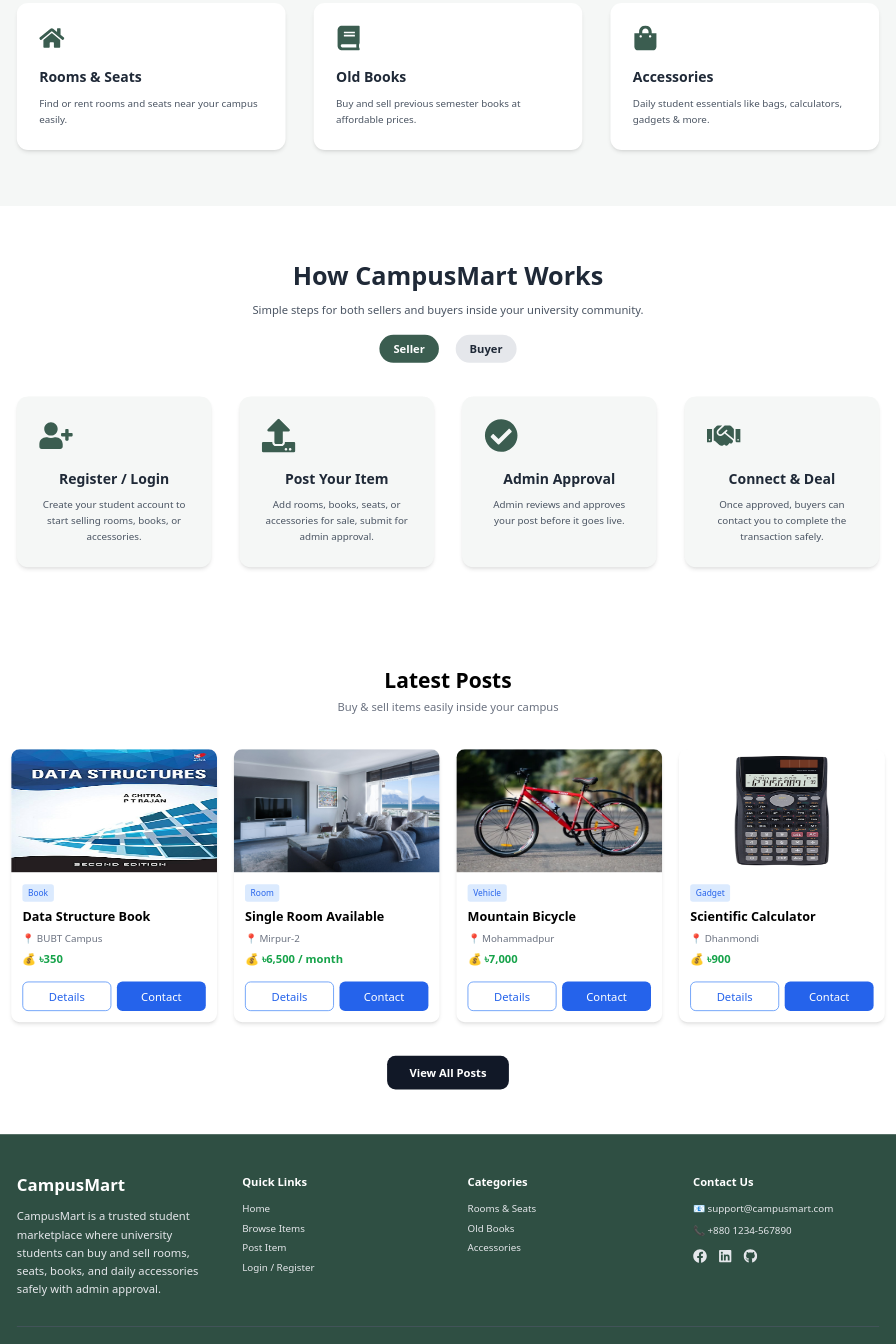
Repository: jahidhasanri/CAMPUSMART
Page: /
The author's editor kept a copy of each file at every save. The page is drawn from the files as they stood at one save, then again after the next save.
The browser window is 1280 px wide. The pictures show the part of the page from y = 886 to 2806 px (the page is 2885 px tall), at 70% of full size.
The project was rebuilt for these pictures with package versions that can differ from the ones it lists, and the page was loaded fresh each time. Also part of the build but not shown: vite.config.js, src/Pages/Login.jsx, src/Pages/Register.jsx.

Above is the page before, as saved 2026-01-14 00:25:57.

### index.html
<!doctype html>
<html lang="en">
  <head>
    <meta charset="UTF-8" />
    <link rel="icon" type="image/svg+xml" href="/vite.svg" />
    <meta name="viewport" content="width=device-width, initial-scale=1.0" />
    <title>campusmart</title>
  </head>
  <body>
    <div id="root"></div>
    <script type="module" src="/src/main.jsx"></script>
  </body>
</html>

### src/main.jsx
import { StrictMode } from 'react'
import { createRoot } from 'react-dom/client'
import './index.css'
import { RouterProvider } from 'react-router-dom'
import Router from './router/Router.jsx'


createRoot(document.getElementById('root')).render(
  <StrictMode>
    <RouterProvider router={Router} />
  </StrictMode>,
)

### src/router/Router.jsx
import { createBrowserRouter } from "react-router-dom";
import Home from "../Pages/Home.jsx";
import Main from "../components/Main.jsx";
import Login from "../Pages/Login.jsx";
import Register from "../Pages/Register.jsx";


const Router = createBrowserRouter([
  {
    path: "/",
    element: <Main></Main>,
    children:[
        {
            index:true,
            element:<Home></Home>
        },
        {
          path:"/login",
          element:<Login></Login>
        },
        {
          path:"/register",
          element:<Register></Register>
        }
    ]
  },
]);

export default Router;

### src/Pages/Home.jsx
import React from 'react';
import Banner from '../components/Banner';
import Categories from '../components/Category';
import HowItWorks from '../components/HowItWorks';
import Posts from '../components/Posts';

const Home = () => {
    return (
        <div>
            <Banner></Banner>
            <Categories></Categories>
            <HowItWorks></HowItWorks>
            <Posts></Posts>
        </div>
    );
};

export default Home;

### src/components/Main.jsx
import React from 'react';
import { Outlet } from 'react-router-dom';
import Navbar from './Navbar';
import Footer from './Footer';

const Main = () => {
    return (
        <div className=''>
            <Navbar></Navbar>
            <div className="min-h-[calc(100vh-422px)]">

            <Outlet></Outlet>
            </div>
            <Footer></Footer>
        </div>
    );
};

export default Main;

### src/components/Banner.jsx
import { useState, useEffect } from "react";

const slides = [
  {
    title: "Find Rooms & Seats Inside Your Campus",
    subtitle:
      "Easily find or post available rooms and seats within your university area with admin approval.",
    image: "/images/room1.png",
  },
  {
    title: "Buy & Sell Previous Semester Books",
    subtitle:
      "Save money by buying used books or sell your old semester books to juniors.",
    image: "/images/books.png",
  },
  {
    title: "Student Accessories Marketplace",
    subtitle:
      "Calculator, table lamp, chair, bag and other student essentials - all in one place.",
    image: "/images/product-3.png",
  },
];

const Banner = () => {
  const [current, setCurrent] = useState(0);

  // auto slide
  useEffect(() => {
    const interval = setInterval(() => {
      setCurrent((prev) => (prev + 1) % slides.length);
    }, 10000);

    return () => clearInterval(interval);
  }, []);

  return (
    <div className="w-full bg-[#3b5d50]">
      <div className="max-w-[1300px] mx-auto px-4 py-20">
        <div className="grid grid-cols-1 md:grid-cols-2 items-center gap-10">

          {/* LEFT CONTENT */}
          <div className="text-white">
            <h1 className="text-3xl md:text-5xl font-bold mb-4 leading-tight">
              {slides[current].title}
            </h1>

            <p className="text-gray-200 text-lg mb-8">
              {slides[current].subtitle}
            </p>

            <div className="flex gap-4 flex-wrap">
              <button className="bg-white text-[#3b5d50] px-6 py-3 rounded-lg font-semibold hover:bg-gray-200 transition">
                Browse Items
              </button>
              <button className="border border-white px-6 py-3 rounded-lg font-semibold hover:bg-white hover:text-[#3b5d50] transition">
                Post an Item
              </button>
            </div>
          </div>

          {/* RIGHT IMAGE */}
          <div className="flex justify-center">
            <img
              src={slides[current].image}
              alt="banner"
              className="w-full max-h-[350px] max-w-[550px] object-contain"
            />
          </div>
        </div>

        {/* DOTS */}
        <div className="flex justify-center mt-10 gap-3">
          {slides.map((_, index) => (
            <button
              key={index}
              onClick={() => setCurrent(index)}
              className={`h-3 w-3 rounded-full ${
                current === index ? "bg-white" : "bg-gray-400"
              }`}
            ></button>
          ))}
        </div>
      </div>
    </div>
  );
};

export default Banner;

### src/components/Category.jsx
/* eslint-disable no-unused-vars */

import { motion } from "framer-motion";
import { FaHome, FaBook, FaShoppingBag } from "react-icons/fa";

const categories = [
  {
    title: "Rooms & Seats",
    desc: "Find or rent rooms and seats near your campus easily.",
    icon: <FaHome />,
  },
  {
    title: "Old Books",
    desc: "Buy and sell previous semester books at affordable prices.",
    icon: <FaBook />,
  },
  {
    title: "Accessories",
    desc: "Daily student essentials like bags, calculators, gadgets & more.",
    icon: <FaShoppingBag />,
  },
];

const fadeUp = {
  hidden: { opacity: 0, y: 60 },
  visible: {
    opacity: 1,
    y: 0,
    transition: {
      duration: 0.7,
      ease: "easeOut",
    },
  },
};

const Categories = () => {
  return (
    <section className="py-20 bg-[#f5f7f6]">
      <div className="max-w-[1300px] mx-auto px-6">

        {/* TITLE */}
        <motion.div
          variants={fadeUp}
          initial="hidden"
          whileInView="visible"
          viewport={{ once: true }}
          className="text-center mb-16"
        >
          <h2 className="text-3xl md:text-4xl font-bold text-gray-800 mb-4">
            Browse by Category
          </h2>
          <p className="text-gray-600 max-w-xl mx-auto">
            Explore categories specially designed for university students.
          </p>
        </motion.div>

        {/* CARDS */}
        <div className="grid grid-cols-1 md:grid-cols-2 lg:grid-cols-3 gap-10">
          {categories.map((item, index) => (
            <motion.div
              key={index}
              variants={fadeUp}
              initial="hidden"
              whileInView="visible"
              viewport={{ once: true }}
              transition={{ delay: index * 0.15 }}
              className="bg-white rounded-2xl p-8 shadow-md hover:shadow-lg transition-shadow duration-300"
            >
              <div className="text-4xl text-[#3b5d50] mb-6">
                {item.icon}
              </div>

              <h3 className="text-xl font-semibold text-gray-800 mb-3">
                {item.title}
              </h3>

              <p className="text-gray-600 text-sm leading-relaxed">
                {item.desc}
              </p>
            </motion.div>
          ))}
        </div>

      </div>
    </section>
  );
};

export default Categories;

### src/components/HowItWorks.jsx
/* eslint-disable no-unused-vars */
import { useState } from "react";
import { motion, AnimatePresence } from "framer-motion";
import { FaUserPlus, FaUpload, FaCheckCircle, FaHandshake, FaSearch, FaInfoCircle, FaPhone, FaShoppingCart } from "react-icons/fa";

const sellerSteps = [
  { id: 1, icon: <FaUserPlus />, title: "Register / Login", desc: "Create your student account to start selling rooms, books, or accessories." },
  { id: 2, icon: <FaUpload />, title: "Post Your Item", desc: "Add rooms, books, seats, or accessories for sale, submit for admin approval." },
  { id: 3, icon: <FaCheckCircle />, title: "Admin Approval", desc: "Admin reviews and approves your post before it goes live." },
  { id: 4, icon: <FaHandshake />, title: "Connect & Deal", desc: "Once approved, buyers can contact you to complete the transaction safely." },
];

const buyerSteps = [
  { id: 1, icon: <FaSearch />, title: "Browse Items", desc: "Explore available rooms, books, and accessories inside your campus." },
  { id: 2, icon: <FaInfoCircle />, title: "Check Details", desc: "See post info, price, location, and ensure it is admin approved." },
  { id: 3, icon: <FaPhone />, title: "Connect With Seller", desc: "Contact the seller safely to negotiate or ask questions." },
  { id: 4, icon: <FaShoppingCart />, title: "Buy / Rent", desc: "Complete the transaction and enjoy your new item." },
];

const fadeUp = {
  hidden: { opacity: 0, y: 60 },
  visible: { opacity: 1, y: 0, transition: { duration: 0.7, ease: "easeOut" } },
};

const HowItWorks = () => {
  const [activeTab, setActiveTab] = useState("seller");

  const steps = activeTab === "seller" ? sellerSteps : buyerSteps;

  return (
    <section className="py-20 bg-white">
      <div className="max-w-[1300px] mx-auto px-6">

        {/* SECTION TITLE + TAB */}
        <motion.div
          variants={fadeUp}
          initial="hidden"
          whileInView="visible"
          viewport={{ once: true }}
          className="text-center mb-12"
        >
          <h2 className="text-3xl md:text-4xl font-bold text-gray-800 mb-4">
            How CampusMart Works
          </h2>
          <p className="text-gray-600 max-w-xl mx-auto">
            Simple steps for both sellers and buyers inside your university community.
          </p>

          {/* Tabs */}
          <div className="flex justify-center gap-6 mt-6">
            <button
              className={`px-5 py-2 rounded-full font-semibold ${activeTab === "seller" ? "bg-[#3b5d50] text-white" : "bg-gray-200 text-gray-800"}`}
              onClick={() => setActiveTab("seller")}
            >
              Seller
            </button>
            <button
              className={`px-5 py-2 rounded-full font-semibold ${activeTab === "buyer" ? "bg-[#3b5d50] text-white" : "bg-gray-200 text-gray-800"}`}
              onClick={() => setActiveTab("buyer")}
            >
              Buyer
            </button>
          </div>
        </motion.div>

        {/* Steps Grid */}
        <div className="grid grid-cols-1 md:grid-cols-2 lg:grid-cols-4 gap-10">
          <AnimatePresence mode="wait">
            {steps.map((step, index) => (
              <motion.div
                key={step.id}
                variants={fadeUp}
                initial="hidden"
                whileInView="visible"
                exit={{ opacity: 0, y: 40, transition: { duration: 0.3 } }}
                viewport={{ once: true }}
                transition={{ delay: index * 0.15 }}
                className="bg-[#f5f7f6] p-8 rounded-2xl shadow-md hover:shadow-lg transition-shadow duration-300 text-center"
              >
                <div className="text-5xl text-[#3b5d50] mb-6">{step.icon}</div>
                <h3 className="text-xl font-semibold text-gray-800 mb-3">{step.title}</h3>
                <p className="text-gray-600 text-sm leading-relaxed">{step.desc}</p>
              </motion.div>
            ))}
          </AnimatePresence>
        </div>
      </div>
    </section>
  );
};

export default HowItWorks;

### src/components/Posts.jsx
/* eslint-disable no-unused-vars */
import { useState } from "react";
import { motion, AnimatePresence } from "framer-motion";
import { Link } from "react-router-dom";

const posts = [
  {
    id: 1,
    img: "/images/ds.jpg",
    title: "Data Structure Book",
    category: "Book",
    location: "BUBT Campus",
    price: "৳350",
    contact: "01731-847198",
    description: "Almost new DSA book, no missing pages."
  },
  {
    id: 2,
    img: "/images/r1.jpg",
    title: "Single Room Available",
    category: "Room",
    location: "Mirpur-2",
    price: "৳6,500 / month",
    contact: "01845-XXXXXX",
    description: "Bachelor friendly room near university."
  },
  {
    id: 3,
    img: "/images/cycle.webp",
    title: "Mountain Bicycle",
    category: "Vehicle",
    location: "Mohammadpur",
    price: "৳7,000",
    contact: "01922-XXXXXX",
    description: "Good condition, used for 6 months."
  },
  {
    id: 4,
    img: "/images/calculator.jpg",
    title: "Scientific Calculator",
    category: "Gadget",
    location: "Dhanmondi",
    price: "৳900",
    contact: "01688-XXXXXX",
    description: "Perfect for engineering students."
  }
];

const Posts = () => {
  const [selectedPost, setSelectedPost] = useState(null);

  return (
    <section className="max-w-7xl mx-auto px-4 my-16">

      {/* Section Title */}
      <div className="text-center mb-12">
        <h2 className="text-3xl font-bold">Latest Posts</h2>
        <p className="text-gray-500 mt-2">
          Buy & sell items easily inside your campus
        </p>
      </div>

      {/* Cards */}
      <div className="grid grid-cols-1 sm:grid-cols-2 lg:grid-cols-4 gap-6">
        {posts.map((post, index) => (
          <motion.div
            key={post.id}
            initial={{ opacity: 0, y: 50 }}
            whileInView={{ opacity: 1, y: 0 }}
            viewport={{ once: true }}
            transition={{ duration: 0.5, delay: index * 0.15 }}
            className="bg-white rounded-xl shadow-md hover:shadow-xl transition"
          >
            <img
              src={post.img}
              alt={post.title}
              className="h-44 w-full  rounded-t-xl"
            />

            <div className="p-4 space-y-2">
              <span className="text-xs bg-blue-100 text-blue-600 px-2 py-1 rounded">
                {post.category}
              </span>

              <h3 className="font-semibold text-lg">{post.title}</h3>

              <p className="text-sm text-gray-500">📍 {post.location}</p>
              <p className="font-bold text-green-600">💰 {post.price}</p>

              {/* Buttons */}
              <div className="flex gap-2 pt-3">
                <button
                  onClick={() => setSelectedPost(post)}
                  className="w-1/2 py-2 rounded-lg border border-blue-500 text-blue-600 font-medium hover:bg-blue-50 transition"
                >
                  Details
                </button>

                <button
                  className="w-1/2 py-2 rounded-lg bg-blue-600 text-white font-medium hover:bg-blue-700 transition"
                >
                  Contact
                </button>
              </div>
            </div>
          </motion.div>
        ))}
      </div>

      {/* View All */}
      <div className="text-center mt-12">
        <Link to="/posts">
          <button className="px-8 py-3 rounded-xl bg-gray-900 text-white font-semibold hover:bg-gray-800 transition">
            View All Posts
          </button>
        </Link>
      </div>

      {/* Modal */}
      <AnimatePresence>
        {selectedPost && (
          <motion.div
            initial={{ opacity: 0 }}
            animate={{ opacity: 1 }}
            exit={{ opacity: 0 }}
            className="fixed inset-0 bg-black/50 flex items-center justify-center z-50 px-4"
          >
            <motion.div
              initial={{ scale: 0.85, y: 40 }}
              animate={{ scale: 1, y: 0 }}
              exit={{ scale: 0.85, y: 40 }}
              transition={{ duration: 0.3 }}
              className="bg-white rounded-2xl max-w-lg w-full p-6 relative"
            >
              {/* Close */}
              <button
                onClick={() => setSelectedPost(null)}
                className="absolute top-3 right-3 text-gray-500 hover:text-black"
              >
                ✕
              </button>

              <img
                src={selectedPost.img}
                alt=""
                className="w-full h-52 object-cover rounded-xl mb-4"
              />

              <h3 className="text-2xl font-bold">{selectedPost.title}</h3>

              <p className="text-sm text-gray-500 mt-1">
                {selectedPost.category} • {selectedPost.location}
              </p>

              <p className="text-xl font-semibold text-green-600 mt-2">
                {selectedPost.price}
              </p>

              <p className="text-gray-700 mt-3">
                {selectedPost.description}
              </p>

              <p className="mt-3 font-medium">
                📞 {selectedPost.contact}
              </p>

              <button className="mt-5 w-full py-3 rounded-xl bg-blue-600 text-white font-semibold hover:bg-blue-700 transition">
                Contact Seller
              </button>
            </motion.div>
          </motion.div>
        )}
      </AnimatePresence>

    </section>
  );
};

export default Posts;

### src/components/Navbar.jsx

import { useState } from "react";
import { Link } from "react-router-dom";
import { TiShoppingCart } from "react-icons/ti";
import { HiMenuAlt3, HiX } from "react-icons/hi";

const Navbar = () => {
  const [menuOpen, setMenuOpen] = useState(false);

  const navLinks = [
    { name: "HOME", path: "/" },
    { name: "POSTS", path: "/products" },
    { name: "SERVICES", path: "/services" },
    { name: "ABOUT US", path: "/about" },
    { name: "BLOG", path: "/blog" },
    { name: "CONTACT", path: "/contact" },
  ];

  return (
    <header className="bg-[#3b5d50] text-white">
      <div className="max-w-[1300px]  mx-auto px-2 py-5">
        <div className="flex items-center justify-between h-16">

          {/* Logo */}
         <Link href={'/'}>
          <img src="/images/campu_logo-removebg-preview.png" className="w-[150px] h-26" alt="Green Nest Logo" />
         </Link>

          {/* Desktop Menu (lg only) */}
          <ul className="hidden lg:flex gap-10 font-normal text-sm">
            {navLinks.map((link) => {
              return (
                <li key={link.path}>
                  <Link
                    href={link.path}
                    className={`pb-1 transition-all duration-300`}
                  >
                    {link.name}
                  </Link>
                </li>
              );
            })}
          </ul>

          {/* Cart + Login (md and up) */}
          <Link href={'/login'} className="hidden md:flex items-center gap-6">
            <TiShoppingCart
              size={26}
              className="cursor-pointer hover:text-[#5a8139]"
            />
            <Link to={'/login'} className="bg-white text-[#3b5d50] px-6 py-2 rounded-lg font-semibold hover:bg-gray-200 transition">
                Login
              </Link>
          </Link>

          {/* Hamburger (md & sm only) */}
          <div className="lg:hidden">
            <button onClick={() => setMenuOpen(!menuOpen)}>
              {menuOpen ? <HiX size={28} /> : <HiMenuAlt3 size={28} />}
            </button>
          </div>
        </div>

        {/* Mobile + Tablet Menu */}
        {menuOpen && (
          <div className="lg:hidden mt-4">
            <ul className="flex flex-col gap-4 font-medium">
              {navLinks.map((link) => {
                return (
                  <li key={link.path}>
                    <Link
                      href={link.path}
                      onClick={() => setMenuOpen(false)}
                      className={`block pb-1`}
                    >
                      {link.name}
                    </Link>
                  </li>
                );
              })}
            </ul>

                <Link href={'/login'} className=" md:hidden items-center gap-6">
            <TiShoppingCart
              size={26}
              className="cursor-pointer mb-5 mt-5 hover:text-[#5a8139]"
            />
            <button className="bg-[#5a8139] mb-5 hover:bg-[#5b8139d7] px-4 py-1.5 cursor-pointer rounded">
              Login
            </button>
          </Link>

          </div>
        )}
      </div>
    </header>
  );
};

export default Navbar;

### src/components/Footer.jsx
import { FaFacebook, FaLinkedin, FaGithub } from "react-icons/fa";

const Footer = () => {
  return (
    <footer className="bg-[#2f4f43] text-gray-200">
      <div className="max-w-[1300px] mx-auto px-6 py-14">
        <div className=" grid grid-cols-1 md:grid-cols-2 lg:grid-cols-4 gap-14">

          {/* BRAND */}
          <div className="">
            <h2 className="text-2xl font-bold text-white mb-4">
              CampusMart
            </h2>
            <p className="text-[16px] leading-relaxed">
              CampusMart is a trusted student marketplace where university
              students can buy and sell rooms, seats, books, and daily
              accessories safely with admin approval.
            </p>
          </div>

          {/* QUICK LINKS */}
          <div>
            <h3 className="text-[16px] font-semibold text-white mb-4">
              Quick Links
            </h3>
            <ul className="space-y-2 text-sm">
              <li className="hover:text-white cursor-pointer">Home</li>
              <li className="hover:text-white cursor-pointer">Browse Items</li>
              <li className="hover:text-white cursor-pointer">Post Item</li>
              <li className="hover:text-white cursor-pointer">Login / Register</li>
            </ul>
          </div>

          {/* CATEGORIES */}
          <div>
            <h3 className="text-[16px] font-semibold text-white mb-4">
              Categories
            </h3>
            <ul className="space-y-2 text-sm">
              <li className="hover:text-white cursor-pointer">Rooms & Seats</li>
              <li className="hover:text-white cursor-pointer">Old Books</li>
              <li className="hover:text-white cursor-pointer">Accessories</li>
            </ul>
          </div>

          {/* CONTACT */}
          <div>
            <h3 className="text-[16px] font-semibold text-white mb-4">
              Contact Us
            </h3>
            <p className="text-sm mb-3">📧 support@campusmart.com</p>
            <p className="text-sm mb-4">📞 +880 1234-567890</p>

            <div className="flex gap-4 text-xl">
              <FaFacebook className="hover:text-white cursor-pointer" />
              <FaLinkedin className="hover:text-white cursor-pointer" />
              <FaGithub className="hover:text-white cursor-pointer" />
            </div>
          </div>

        </div>

        {/* BOTTOM */}
        <div className="border-t border-gray-600 mt-10 pt-6 text-center text-[16px]">
          © {new Date().getFullYear()} CampusMart. All rights reserved.
        </div>
      </div>
    </footer>
  );
};

export default Footer;

Loaded but not shown: src/index.css (common file); tailwind.config.js (common file)

After the next save:
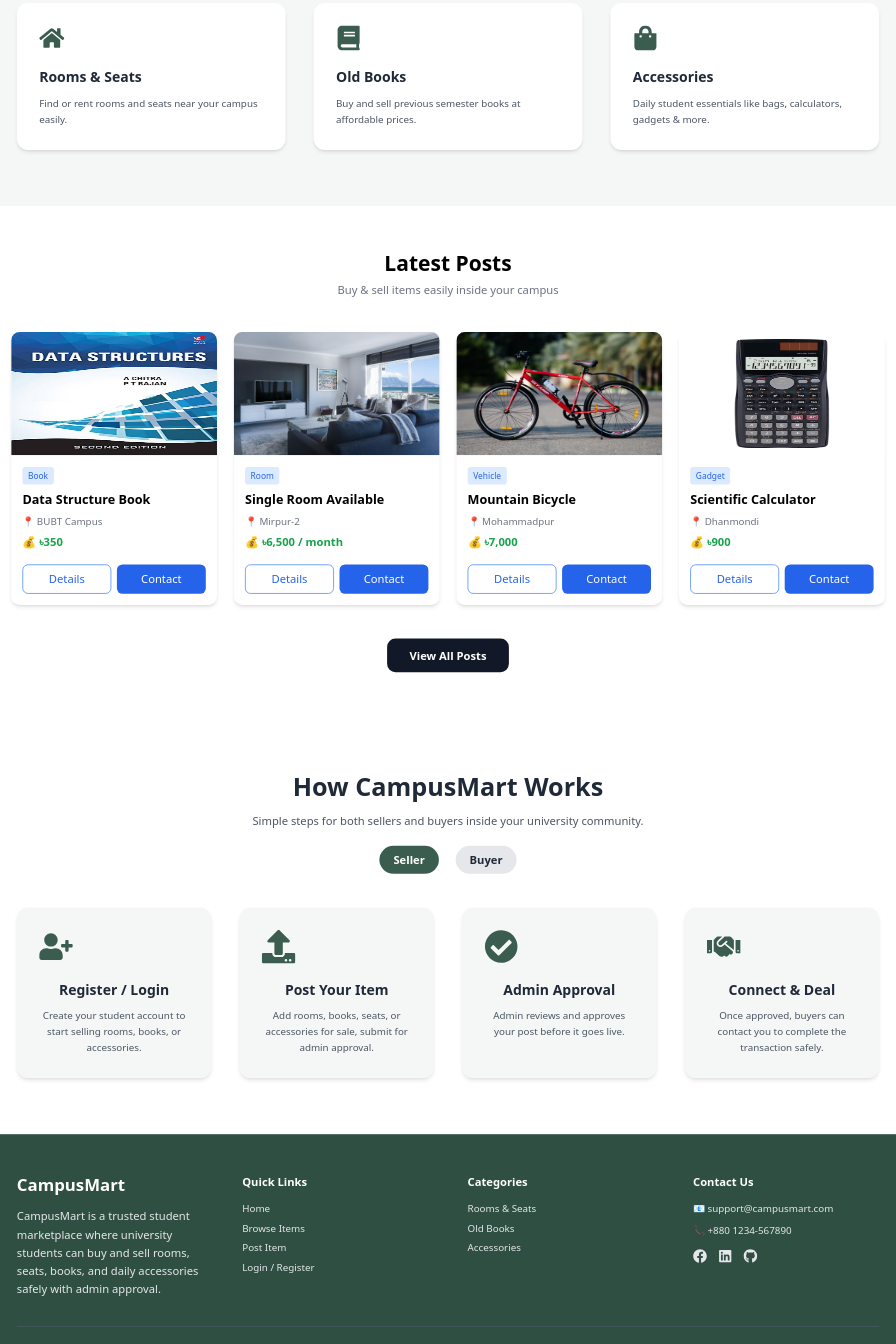
Saved 2 min 9 s later.
--- a/src/Pages/Home.jsx
+++ b/src/Pages/Home.jsx
@@ -9,8 +9,8 @@ const Home = () => {
         <div>
             <Banner></Banner>
             <Categories></Categories>
+            <Posts></Posts>
             <HowItWorks></HowItWorks>
-            <Posts></Posts>
         </div>
     );
 };
